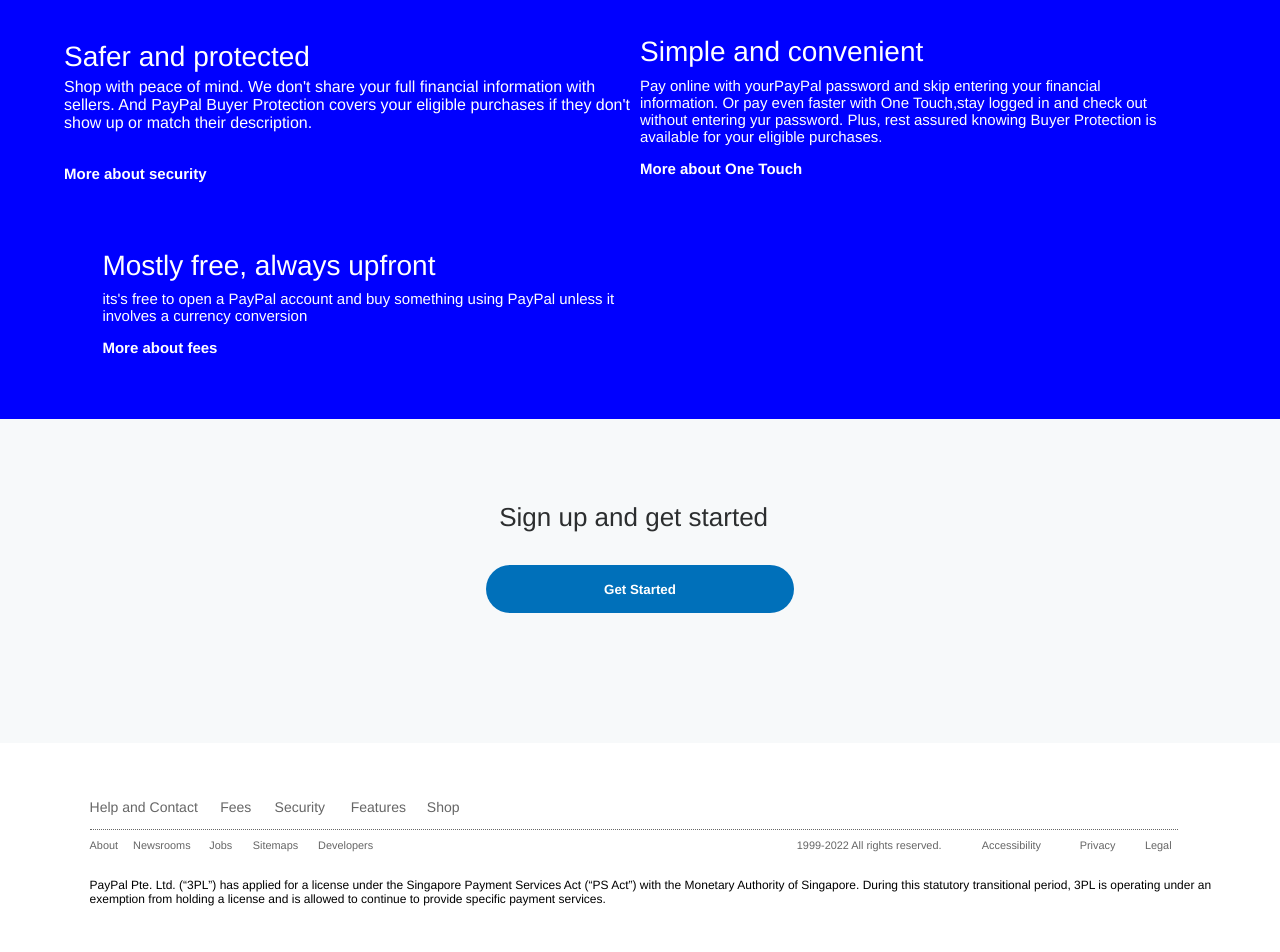
Repository: Jayeola3/Paypal
Page: ppal.html
These files come from the project's save history. The page is drawn as it stood at one moment and after the next save; the edit follows.
The browser window is 1280 px wide. The pictures show the part of the page from y = 1741 to 2693 px (the page is 2693 px tall).
A picture or video elsewhere on the page could not be fetched, so the positions and the page height are approximate. Some web libraries are served in a nearby version.

Above is the page before, as saved 2022-06-21 13:02:11.

After the next save:
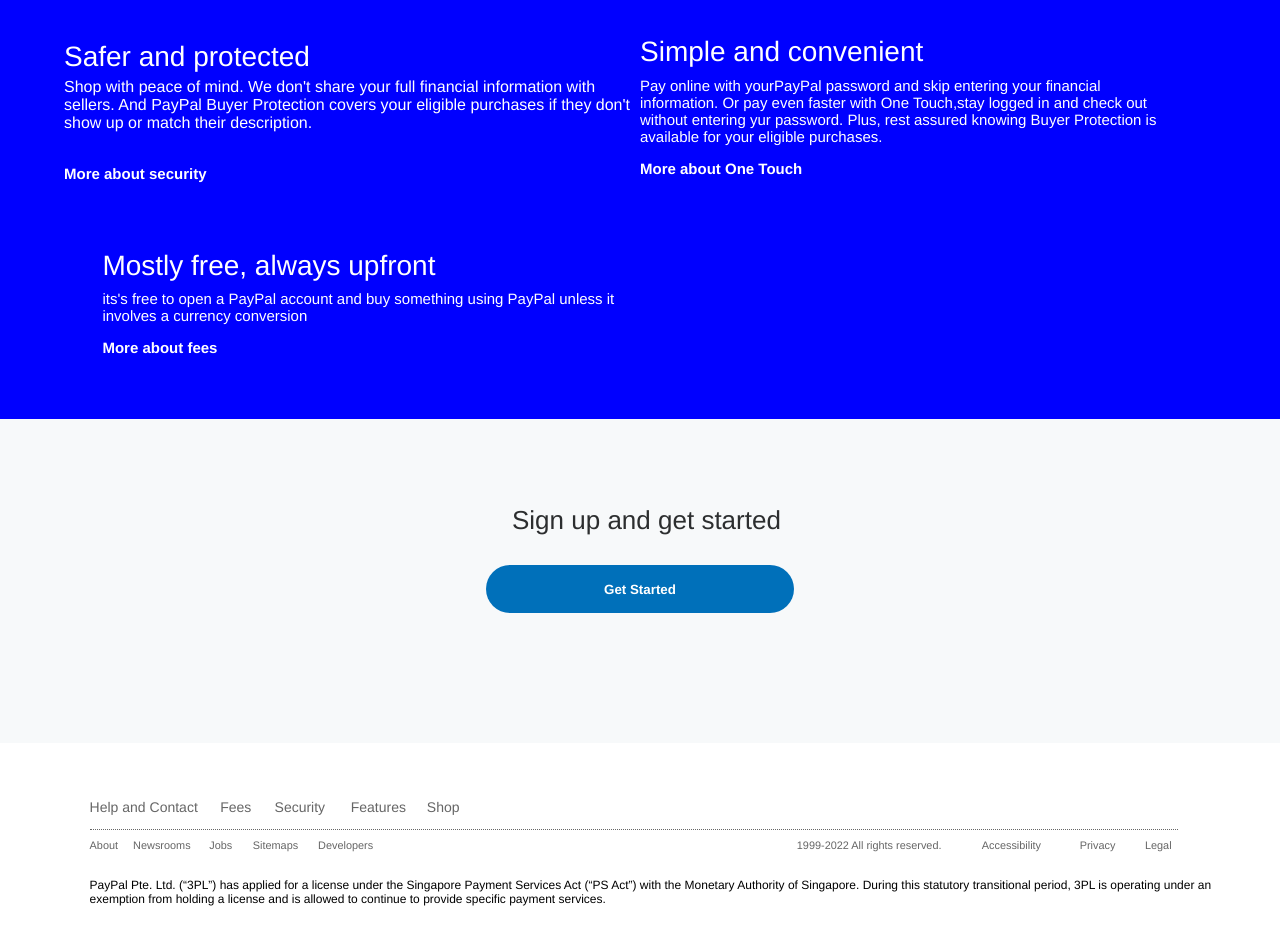
Saved 21 s later.
--- a/pay.css
+++ b/pay.css
@@ -428,8 +428,8 @@
 }
 .start{
     position:absolute;
-    top: 19%;
-    left: 39%;
+    top: 20%;
+    left: 40%;
     color: #2c2e2f;
     font-size: 26px;
     font-weight: 100;
